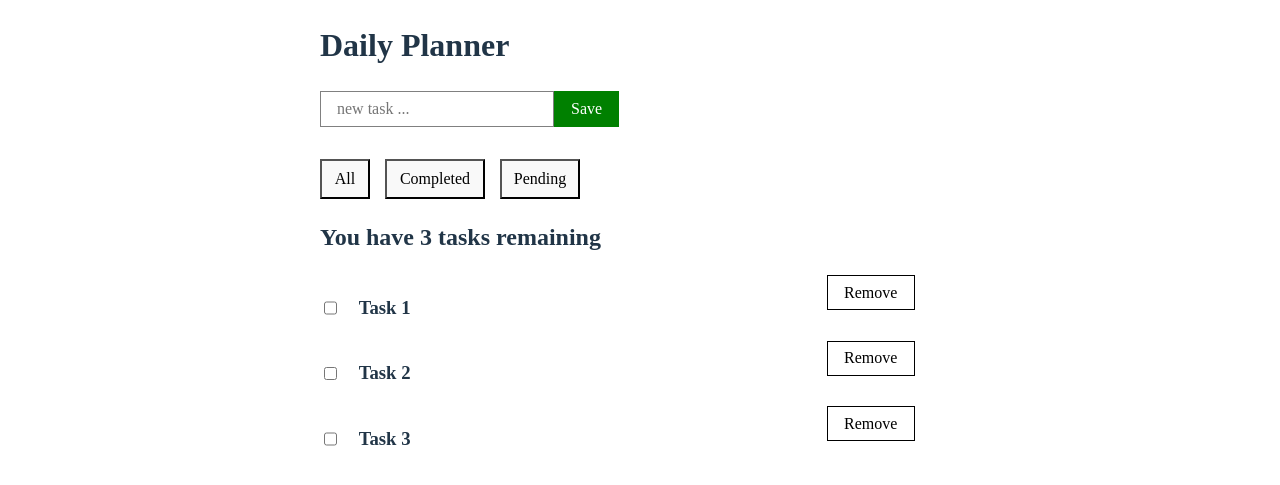
Repository: SamanthaYan298/my_planner
Page: /
An editor plug-in stored every save of this project. The page is shown before and after the next save, followed by the edit.
The browser window is 1280 px wide. The pictures show the whole page.
The project was rebuilt for these pictures with package versions that can differ from the ones it lists, and the page was loaded fresh each time. Also part of the build but not shown: vite.config.js.

Above is the page before, as saved 2024-10-25 00:46:53.

After the next save:
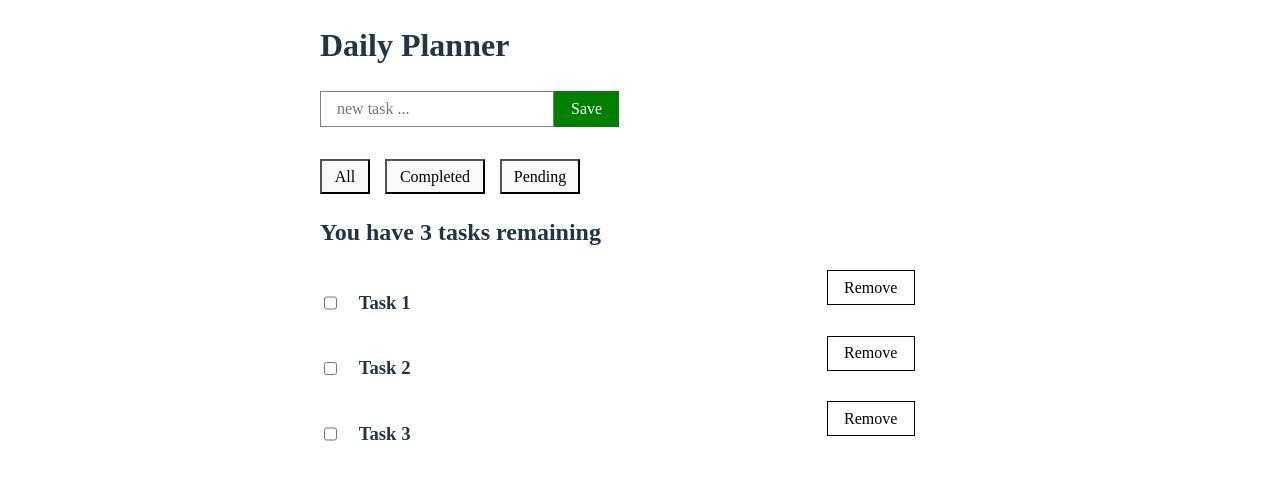
Saved 9 s later.
--- a/src/App.css
+++ b/src/App.css
@@ -62,7 +62,7 @@
 .list-btn-all,
 .list-btn-completed,
 .list-btn-pending {
-  height: 40px;
+  height: 35px;
   font-family: "Playfair Display", serif;
   font-size: 1em;
 }

After the save that followed:
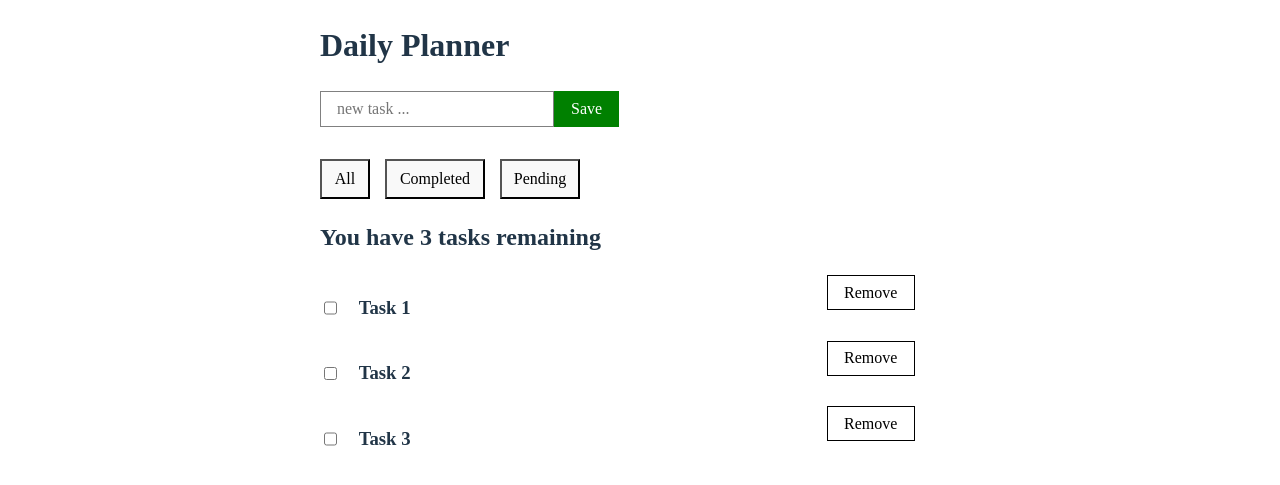
Saved 4 s later.
--- a/src/App.css
+++ b/src/App.css
@@ -62,7 +62,7 @@
 .list-btn-all,
 .list-btn-completed,
 .list-btn-pending {
-  height: 35px;
+  height: 40px;
   font-family: "Playfair Display", serif;
   font-size: 1em;
 }
